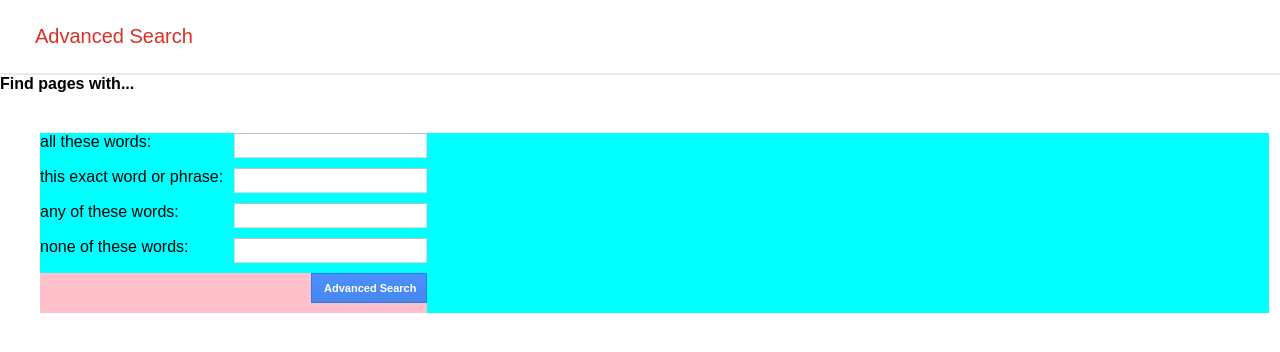
Repository: etentuk/search
Page: advanced_search.html
The author's editor kept a copy of each file at every save. The page is drawn from the files as they stood at one save, then again after a run of saves.
The browser window is 1280 px wide. The pictures show the whole page.

Above is the page before, as saved 2021-11-05 16:21:28.

### advanced_search.html
<!DOCTYPE html>
<html lang="en">

<head>
    <link rel="icon" href="./google_search_new_logo_icon_159150.ico">
    <title>Advanced Search</title>
    <link rel="stylesheet" href="styles.css">
    <style>
        .form-content {
            display: flex;
        }

        .form-content .form-label {
            width: 100%;
            flex: 1;
        }

        .form-input {
            flex: 1
        }

        .form-input input {
            border-radius: 1px;
            border: 1px solid #d9d9d9;
            border-top: 1px solid #c0c0c0;
            font-size: 13px;
            height: 25px;
            padding: 1px 8px;
            width: 100%;
            text-align: left;
        }
    </style>
</head>

<body>
    <div id="title">
        Advanced Search
    </div>
    <hr class="solid" style="border:1px solid #ebebeb;">
    <h4>Find pages with...</h4>
    <div>
        <form action="https://google.com/search" id="form">
            <div style="display: table-row;">
                <div class="form-content">
                    <div class="form-label">
                        <label for="as_q">all these words: </label>
                    </div>
                    <div class="form-input">
                        <input type="text" id="as_q" name="as_q">
                    </div>
                </div>
                <div class="form-content">
                    <div class="form-label">
                        <label for="as_epq">this exact word or phrase: </label>
                    </div>
                    <div class="form-input">
                        <input type="text" id="as_epq" name="as_epq">
                    </div>
                </div>
                <div class="form-content">
                    <div class="form-label">
                        <label for="as_oq">any of these words: </label>
                    </div>
                    <div class="form-input">
                        <input type="text" id="as_oq" name="as_oq">
                    </div>
                </div>
                <div class="form-content">
                    <div class="form-label">
                        <label for="as_eq">none of these words: </label>
                    </div>
                    <div class="form-input">
                        <input type="text" id="as_eq" name="as_eq">
                    </div>
                </div>
                <div id="submit">
                    <input type="submit" value="Advanced Search">
                </div>
        </form>
    </div>
</body>

</html>

### styles.css
* {
  margin: 0;
  padding: 0;
  box-sizing: border-box;
  font-family: Arial, sans-serif;
}

#title {
  color: #d93025;
  font-size: 20px;
  margin: 25px 35px;
}

#form {
  /* max-width: 1140px; */
  /* min-width: 100%; */
  background-color: aqua;
  width: 96%;
  margin: 40px;
}

.form-content {
  display: flex;
  flex-direction: row;
}

.form-content label {
  position: flex-start;
  padding-right: 10px;
  float: left;
}

.form-content input {
  position: flex-end;
  float: right;
  width: 500px;
}

label,
input {
  /* float: right; */
  display: table-cell;
  margin-bottom: 10px;
}

#submit {
  text-align: right;
  background-color: pink;
  width: 100%;
}

#submit input {
  border: 1px solid #3079ed;
  box-shadow: none;
  font-size: 11px;
  font-weight: bold;
  color: #fff;
  padding: 8px 12px;
  width: 30%;
  background-color: #4d90fe;
  background-image: -webkit-linear-gradient(top, #4d90fe, #4787ed);
}

After the next 2 saves:
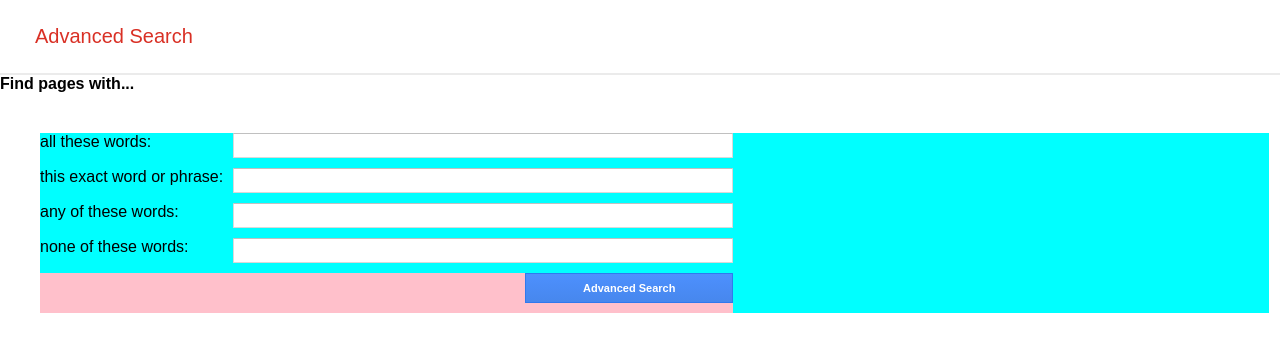
The 2 saves are shown as one change because they came seconds apart.
The last was saved 27 s later.
--- a/advanced_search.html
+++ b/advanced_search.html
@@ -11,7 +11,6 @@
         }
 
         .form-content .form-label {
-            width: 100%;
             flex: 1;
         }
 
@@ -26,7 +25,6 @@
             font-size: 13px;
             height: 25px;
             padding: 1px 8px;
-            width: 100%;
             text-align: left;
         }
     </style>
